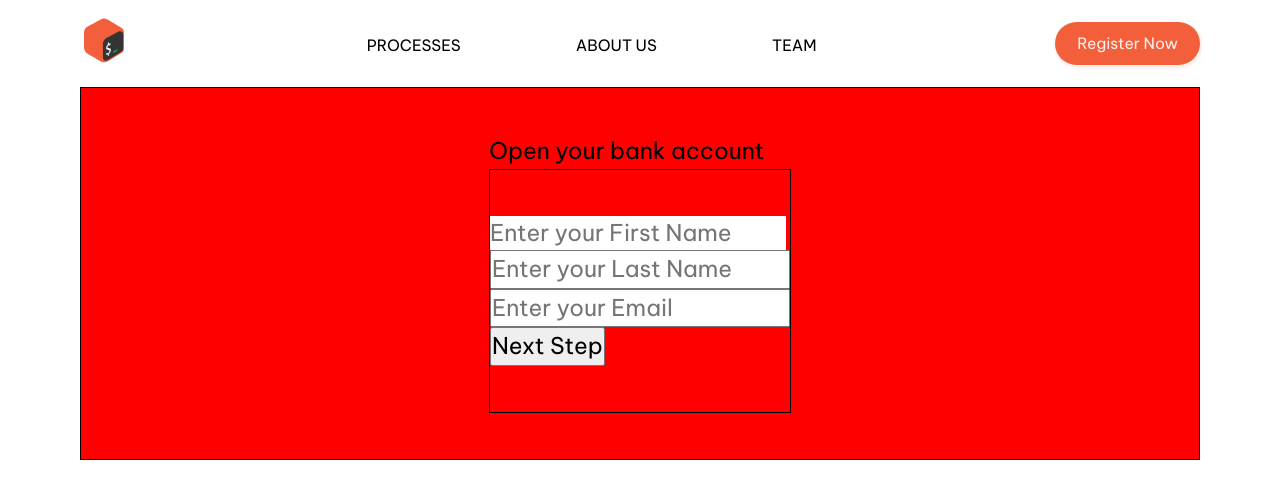
Repository: Esraa22M/Banking_Site
Page: index.html
An editor plug-in stored every save of this project. The page is shown before and after the next save, followed by the edit.
The browser window is 1280 px wide. The pictures show the whole page.

Above is the page before, as saved 2022-10-31 16:50:23.

After the next save:
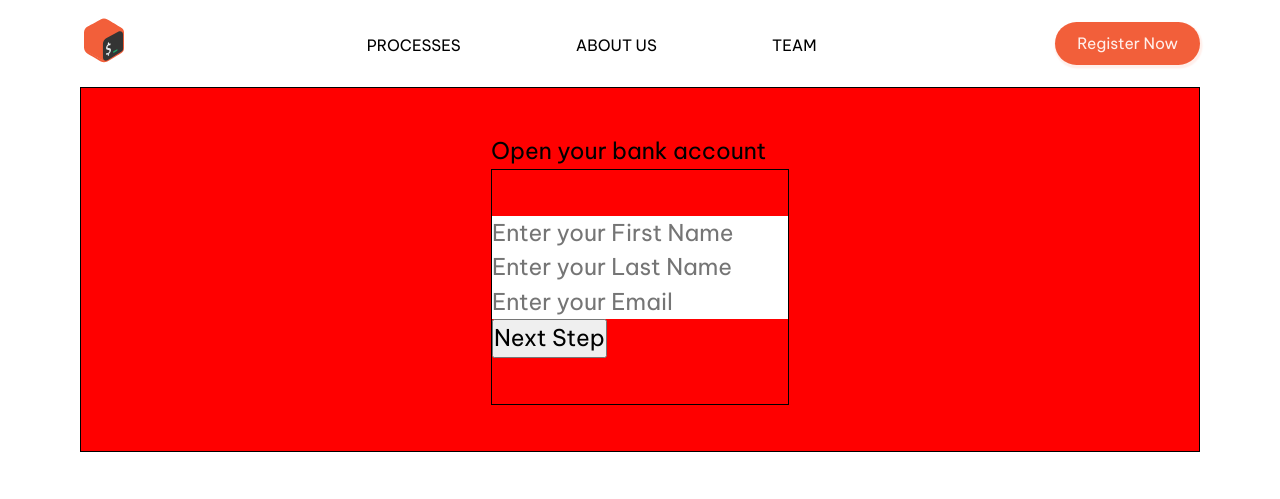
Saved 31 s later.
--- a/style.css
+++ b/style.css
@@ -199,7 +199,9 @@
   padding: 2em 0;
   border: 1px solid black;
 }
-.first_name {
+.first_name,
+.last_name,
+.email {
   border: none;
   outline: none;
 }
